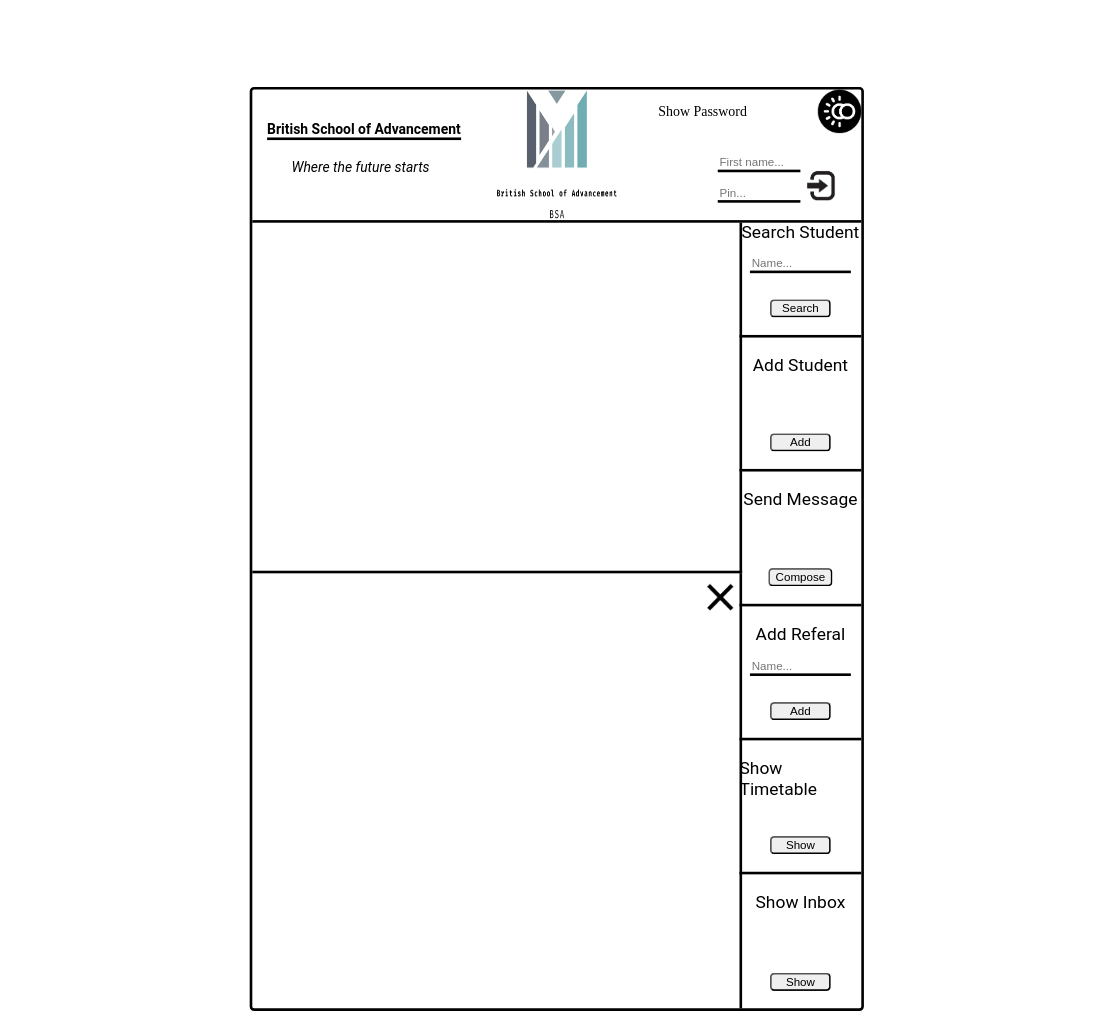
Repository: ghend99/Guardian-Application
Page: index.html
An editor plug-in stored every save of this project. The page is shown before and after the next save, followed by the edit.
The browser window is 1280 px wide. The pictures show the whole page, at 87% of full size.

Above is the page before, as saved 2023-06-06 09:08:52.

### index.html
<!DOCTYPE html>
<html lang="en">
  <head>
    <meta charset="UTF-8" />
    <meta http-equiv="X-UA-Compatible" content="IE=edge" />
    <meta name="viewport" content="width=device-width, initial-scale=1.0" />
    <title>Document</title>
    <link rel="stylesheet" href="style.css" />
  </head>
  <body>
    <div id="main-container">
      <div id="header-container">
        <div id="header-container-left-section">
          <p id="header-school-name" class="page-headers">
            British School of Advancement
          </p>
          <p id="header-school-slogan" class="page-headers">
            Where the future starts
          </p>
        </div>
        <div id="header-container-middle-section">
          <img class="header-middle-section-logo" src="./images/logo.png" />
        </div>
        <div id="header-container-right-section">
          <input
            id="header-login-input-fullname"
            class="login-input-fullname login-input input"
            type="text"
            placeholder="First name..."
          />
          <input
            id="header-login-input-pin"
            class="login-input-pin login-input input"
            placeholder="Pin..."
            type="password"
          />
          <p id="show=password-header">Show Password</p>
          <img
            id="header-login-button"
            class="login-button"
            src="./images/login-button.png"
          />
          <img class="header-dark-mode-toggle" src="./images/dark-mode.png" />
          <img class="login-modal-open" src="./images/login.png" />
        </div>
      </div>
      <div id="sidebar-container">
        <div id="sidebar-link-container1" class="sidebar-link-container">
          <p class="sidebar-link-header page-headers">Search Student</p>
          <input class="sidebar-input input" placeholder="Name..." />
          <button class="sidebar-search-button submit-button">Search</button>
        </div>
        <div id="sidebar-link-container2" class="sidebar-link-container">
          <p class="sidebar-link-header page-headers">Add Student</p>
          <button id="add-student" class="sidebar-search-button submit-button">
            Add
          </button>
        </div>
        <div id="sidebar-link-container3" class="sidebar-link-container">
          <p class="sidebar-link-header page-headers">Send Message</p>
          <button
            id="compose-message-open"
            class="sidebar-search-button submit-button"
          >
            Compose
          </button>
        </div>
        <div id="sidebar-link-container4" class="sidebar-link-container">
          <p class="sidebar-link-header page-headers">Add Referal</p>
          <input
            id="add-referal-fullname"
            class="sidebar-input input"
            placeholder="Name..."
          />
          <button id="add-referal" class="sidebar-search-button submit-button">
            Add
          </button>
        </div>
        <div id="sidebar-link-container5" class="sidebar-link-container">
          <p class="sidebar-link-header page-headers">Show Timetable</p>
          <button
            id="timetable-open"
            class="sidebar-search-button submit-button"
          >
            Show
          </button>
        </div>
        <div id="sidebar-link-container6" class="sidebar-link-container">
          <p class="sidebar-link-header page-headers">Show Inbox</p>
          <button id="inbox-open" class="sidebar-search-button submit-button">
            Show
          </button>
        </div>
      </div>
      <img class="sidebar-open" src="./images/menu.png" />

      <div id="student-information-container">
        <h1
          id="student-information-name-header"
          class="student-information page-headers"
        >
          Student Name:
        </h1>
        <h3 class="student-information student-information-general-header">
          General Information
        </h3>
        <p id="student-information-first-name" class="student-information">
          First Name:
        </p>
        <p id="student-information-last-name" class="student-information">
          Last Name:
        </p>
        <p id="student-information-year" class="student-information">
          Year Group:
        </p>
        <p id="student-information-referals" class="student-information">
          Referals:
        </p>
        <p id="password-reset" class="student-information">Reset Password</p>
      </div>

      <div id="student-management-container">
        <p class="student-management-heading"></p>
        <img id="student-management-close" src="./images/close.png" />
        <div id="timetable-container"></div>
        <div id="inbox-container">
          <div id="inbox-header">
            <p>Date</p>
            <p>Sender</p>
            <p>Reciever</p>
            <p>Subject</p>
            <p>Message</p>
          </div>
          <div id="inbox-line">
            <p></p>
            <p></p>
            <p></p>
            <p></p>
            <p></p>
          </div>
        </div>
      </div>
    </div>

    <div id="login-modal-container">
      <h1 class="login-modal-header modal-header page-headers">Login</h1>
      <img
        id="login-modal-close"
        class="modal-close"
        src="./images/close.png"
      />
      <input
        id="login-modal-fullname"
        class="login-input-fullname login-modal-input input"
        type="text"
        placeholder="Full name..."
      />
      <input
        id="login-modal-pin"
        class="login-input-pin login-modal-input input"
        type="number"
        placeholder="Pin..."
      />
      <input id="login-modal-submit" class="submit-button" type="submit" />
    </div>

    <div id="create-account-container">
      <p id="create-account-header" class="modal-header page-headers">
        Add Student Details
      </p>
      <img
        id="create-account-close"
        class="modal-close"
        src="./images/close.png"
      />
      <input
        id="create-account-first-name"
        class="create-account-input input"
        placeholder="First name..."
      />
      <input
        id="create-account-last-name"
        class="create-account-input input"
        placeholder="Last name..."
      />
      <input
        id="create-account-year"
        class="create-account-input input"
        placeholder="Year..."
      />
      <input
        id="create-account-pin"
        class="create-account-input input"
        placeholder="Year..."
      />

      <input
        id="create-account-repin"
        class="create-account-input input"
        placeholder="Year..."
      />
      <input id="create-account-submit" class="submit-button" type="submit" />
    </div>

    <div id="compose-message-container" class="">
      <p id="compose-message-header" class="modal-header">Compose Message</p>
      <img
        id="compose-message-close"
        class="modal-close"
        src="./images/close.png"
      />
      <input
        id="compose-message-reciever"
        class="compose-message-input input"
        type="text"
        placeholder="Reciever..."
      />
      <input
        id="compose-message-title"
        class="compose-message-input input"
        type="text"
        placeholder="Subject..."
      />
      <textarea
        id="compose-message-text-area"
        placeholder="Message..."
      ></textarea>
      <input id="compose-message-submit" class="submit-button" type="submit" />
    </div>

    <div id="password-reset-container">
      <p id="password-reset-header" class="modal-header page-headers">
        Pin Reset
      </p>
      <img
        id="password-reset-close"
        class="modal-close"
        src="./images/close.png"
      />
      <input
        id="password-reset-old"
        class="password-reset-input input"
        type="number"
        placeholder="Old Pin..."
      />
      <input
        id="password-reset-new"
        class="password-reset-input input"
        type="number"
        placeholder="New Pin..."
      />
      <input
        id="password-reset-new-retype"
        class="password-reset-input input"
        type="number"
        placeholder="New Pin..."
      />
      <input id="password-reset-submit" class="submit-button" type="submit" />
    </div>
    <script src="functions.js"></script>
    <script src="elements.js"></script>
    <script src="buttons.js"></script>
  </body>
</html>

### style.css
.input {
  background-color: transparent;
  text-decoration: none;
  border: none;
  border-bottom: solid;
  outline: none;
}

.page-headers {
  font-family: "Roboto", Arial;
}

.modal-header {
  font-size: 30px;
  font-weight: bold;
  margin-top: 10px;
}

.dark-mode {
  background-color: black;
  color: white;
  border: solid;
  border-radius: 5px;
}

.input-dark-mode {
  color: white;
  border-color: white;
}

.button-dark-mode {
  color: white;
  background-color: black;
}

#main-container {
  position: relative;
  left: 50%;
  transform: translate(-50%);
  max-width: 50%;
  min-width: 700px;
  max-height: 1200px;
  min-height: 1000px;
  margin-top: 100px;
  border: solid;
  border-radius: 5px;
}

#header-container {
  display: grid;
  grid-template-columns: 1fr 1fr 1fr;
  grid-template-rows: 1fr;
  max-height: 200px;
  min-height: 150px;
  width: 100%;
  border-bottom: solid;
}

#header-school-name {
  position: absolute;
  top: 20px;
  left: 17px;
  font-size: clamp(1rem, 1vw, 2rem);
  font-weight: bold;
  border-bottom: solid;
}

#header-school-slogan {
  position: absolute;
  top: clamp(5%, 70px, 80px);
  left: clamp(45px, 5%, 70px);
  font-size: clamp(0.9rem, 1.5vw, 1rem);
  margin-top: 10px;
  font-style: italic;
}

#header-container-middle-section {
  display: flex;
  justify-content: center;
}

.header-middle-section-logo {
  width: 60%;
}

#header-login-input-fullname {
  position: absolute;
  top: 75px;
  width: 13%;
  right: 10%;
}

#header-login-input-pin {
  position: absolute;
  top: 110px;
  width: 13%;
  right: 10%;
}

#header-login-button {
  position: absolute;
  width: 50px;
  right: 3%;
  top: 85px;
}

.header-dark-mode-toggle {
  position: absolute;
  width: 50px;
  top: 0;
  right: 0;
  cursor: pointer;
}

.login-modal-open {
  display: none;
}

#sidebar-container {
  position: absolute;
  display: grid;
  grid-template-columns: 1fr;
  grid-template-rows: 1fr 1fr 1fr 1fr 1fr 1fr;
  right: 0;
  bottom: 0;
  max-width: 30%;
  min-width: 20%;
  max-height: 1000px;
  min-height: 925px;
}

#sidebar-link-container1 {
  justify-content: center;
}

#sidebar-link-container6 {
  border-bottom: none;
}

.sidebar-link-container {
  position: relative;
  display: flex;
  justify-content: center;
  border-bottom: solid;
}

.sidebar-link-header {
  position: absolute;
  font-size: 20px;
}

.sidebar-input {
  position: absolute;
  margin-top: 60px;
  width: 80%;
}

.sidebar-search-button {
  position: absolute;
  max-width: 75%;
  min-width: 70px;
  bottom: 20px;
  border-radius: 5px;
}

.sidebar-open {
  position: absolute;
  width: 50px;
  right: 0;
  top: 155px;
  display: none;
}

#student-information-container {
  max-height: 800px;
  min-height: 400px;
  max-width: 80%;
  min-width: 50%;
  border-bottom: solid;
  border-right: solid;
}

#student-information-name-header {
  font-size: 30px;
  font-weight: bold;
  border-bottom: solid;
  width: fit-content;
  margin-left: 30px;
  margin-top: 0;
}

.student-information {
  margin-left: 40px;
  display: none;
}

.student-information-general-header {
  font-size: 24px;
  font-weight: bold;
  padding-left: 40px;
}

#password-reset {
  border-bottom: solid;
  font-weight: bold;
  width: fit-content;
  cursor: pointer;
}

#student-management-container {
  max-width: 80%;
  min-width: 50%;
  max-height: 600px;
  min-height: 500px;
  border-right: solid;
}

.student-management-heading {
  display: inline-block;
  font-size: 30px;
  margin: 0;
  margin-left: 20px;
  width: fit-content;
}

#student-management-close {
  position: absolute;
  bottom: 43.3%;
  right: 21%;
  width: 30px;
  cursor: pointer;
}

#timetable-container {
  position: relative;
  display: grid;
  grid-gap: 1em;
  grid-template-rows: repeat(var(--grid-rows), 1fr);
  grid-template-columns: repeat(var(--grid-cols), 1fr);
  /* top: 50px; */
  overflow: scroll;
  max-height: 90%;
  min-height: 466px;
  max-width: 99.6%;
  min-width: 250px;
  display: none;
}

#inbox-container {
  max-height: 90%;
  min-height: 466px;
  max-width: 99.6%;
  min-width: 250px;
  display: none;
}

#inbox-header {
  position: relative;
  display: grid;
  grid-template-columns: 1fr 1fr 1fr 1fr 1fr;
  grid-template-rows: 1fr;
  width: 100%;
  height: 50px;
  /* background-color: aqua; */
  overflow-y: auto;
  font-family: "Roboto", Arial;
}

#inbox-line {
  position: relative;
  display: grid;
  grid-template-columns: 1fr 1fr 1fr 1fr 1fr;
  grid-template-rows: 1fr;
  row-gap: 20px;
  width: 100%;
  height: 50px;
  /* background-color: darkorange; */
  overflow-y: auto;
  font-family: "EB Garamond", Arial;
}

#login-modal-container,
#create-account-container,
#compose-message-container,
#password-reset-container {
  position: absolute;
  left: 50%;
  top: 30%;
  transform: translate(-50%);
  text-align: center;
  border: solid;
  border-radius: 5px;
  display: none;
}

#login-modal-container {
  max-width: 40%;
  min-width: 300px;
  max-height: 400px;
  min-height: 300px;
  text-align: center;
  border: solid;
  border-radius: 5px;
  display: none;
  background-color: whitesmoke;
  cursor: pointer;
}

#login-modal-fullname {
  position: absolute;
  top: 120px;
  left: 50px;
}

#login-modal-pin {
  position: absolute;
  top: 170px;
  left: 50px;
}

#login-modal-submit {
  left: 15%;
}

#login-modal-submit,
#create-account-submit,
#compose-message-submit,
#password-reset-submit {
  position: absolute;
  bottom: 20px;
  max-height: 60px;
  min-height: 30px;
  max-width: 20%;
  min-width: 200px;
}

#create-account-container {
  max-width: 60%;
  min-width: 400px;
  max-height: 600px;
  min-height: 500px;
}

.create-account-input,
.compose-message-input,
.password-reset-input {
  position: absolute;
  left: 30px;
}

#create-account-first-name {
  top: 80px;
}

#create-account-last-name {
  top: 150px;
}

#create-account-year {
  top: 220px;
}

#create-account-pin {
  top: 290px;
}

#create-account-submit {
  left: 25%;
}

#create-account-repin {
  position: absolute;
  top: 360px;
  left: 30px;
}

#compose-message-container {
  max-width: 60%;
  min-width: 400px;
  max-height: 600px;
  min-height: 500px;
}

.modal-close {
  position: absolute;
  width: 30px;
  right: 0;
  top: 0;
  cursor: pointer;
}

#compose-message-reciever {
  top: 80px;
}

#compose-message-title {
  top: 150px;
}

#compose-message-text-area {
  position: absolute;
  top: 38%;
  left: 30px;
  max-height: 80%;
  min-height: 230px;
  max-width: 100%;
  min-width: 280px;
}

#compose-message-submit {
  left: 25%;
}

#password-reset-container {
  max-width: 40%;
  min-width: 300px;
  max-height: 400px;
  min-height: 300px;
}

#password-reset-new {
  top: 120px;
}

#password-reset-new-retype {
  top: 165px;
}

#password-reset-submit {
  left: 17%;
}

@media screen and (min-width: 0) and (max-width: 720px) {
  #main-container {
    max-width: 600px;
    min-width: 300px;
  }

  #header-container {
    grid-template-columns: 1fr 1fr;
  }

  .header-middle-section-logo {
    display: none;
  }

  #header-login-input-fullname {
    display: none;
  }

  #header-login-input-pin {
    display: none;
  }

  #header-login-button {
    display: none;
  }

  .login-modal-open {
    position: absolute;
    display: block;
    right: 0;
    top: 100px;
    width: 50px;
  }

  #sidebar-container {
    display: none;
  }

  .sidebar-link-header {
    font-size: 12px;
  }

  .sidebar-open {
    display: block;
  }

  .student-information-name-header {
    margin-left: 15px;
  }

  .student-information-general-header {
    margin-left: 25px;
    padding: 0;
  }

  .student-information {
    margin-left: 28px;
  }
}

### buttons.js
btnDarkModeToggle.addEventListener("click", function (e) {
  e.preventDefault();
  if (darkMode === false) {
    darkModeToggle();
  } else {
    lightModeToggle();
  }
});

btnAddStudentOpen.addEventListener("click", function (e) {
  e.preventDefault();
  addStudentContainer.style.display = "block";
  mainContainer.style.filter = "blur(3px)";
});

btnAddStudentClose.addEventListener("click", function (e) {
  e.preventDefault();
  addStudentContainer.style.display = "none";
  mainContainer.style.filter = "blur(0px)";
});

btnLoginHeader.addEventListener("click", function (e) {
  e.preventDefault();
  login();
  studentInformation.forEach((e) => {
    e.style.display = "block";
  });
});

btnLoginModalOpen.addEventListener("click", function (e) {
  e.preventDefault();
  loginContainer.style.display = "block";
  mainContainer.style.filter = "blur(3px)";
});

btnLoginModalClose.addEventListener("click", function (e) {
  e.preventDefault();
  loginContainer.style.display = "none";
  mainContainer.style.filter = "blur(0px)";
});

btnLoginModalSubmit.addEventListener("click", function (e) {
  e.preventDefault();
  loginModal();
  studentInformation.forEach((e) => {
    e.style.display = "block";
  });
});

Loaded but not shown: functions.js (208 lines, source omitted); elements.js (80 lines, source omitted)

After the next save:
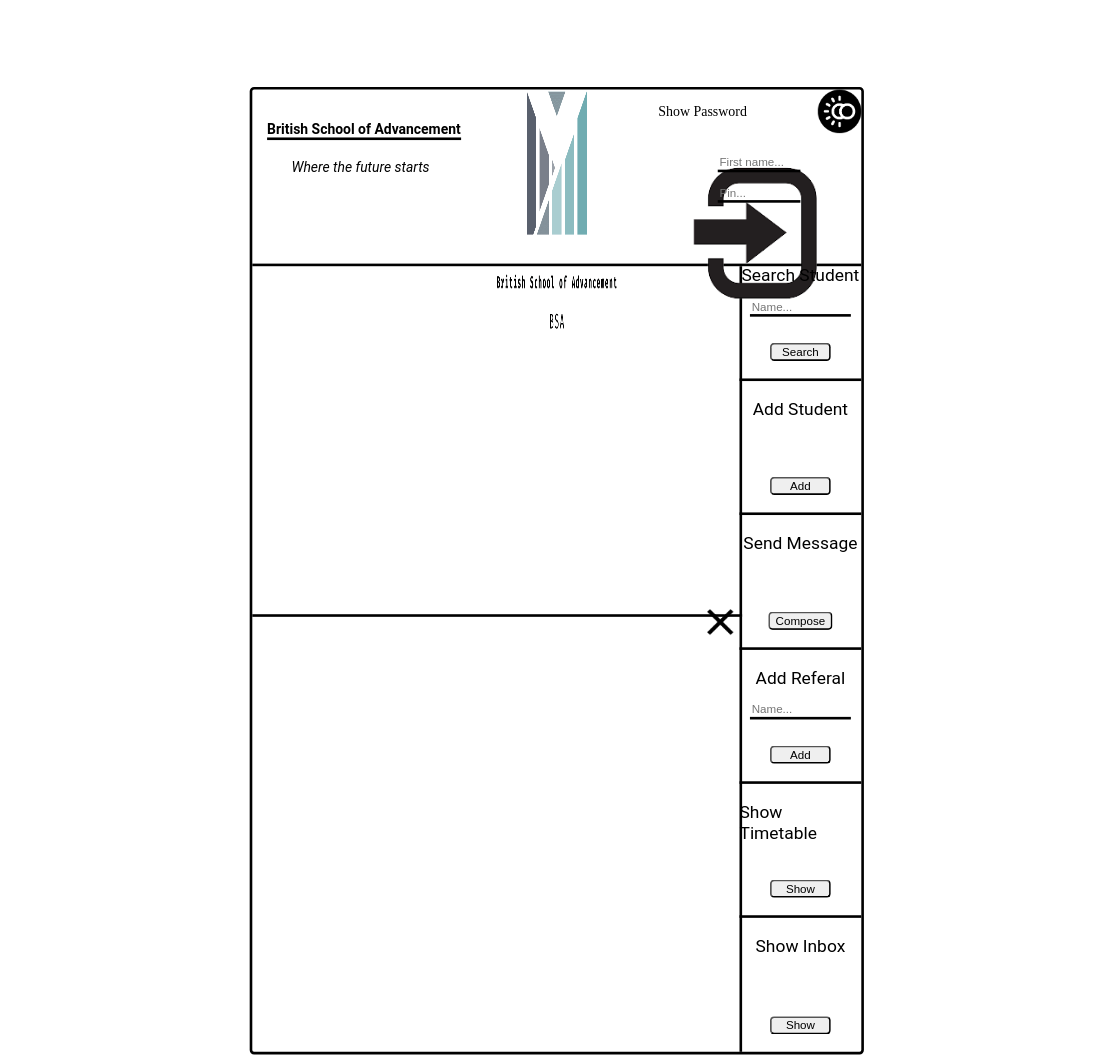
Saved 44 s later.
--- a/style.css
+++ b/style.css
@@ -97,7 +97,7 @@
   right: 10%;
 }
 
-#header-login-button {
+#show-password-header #header-login-button {
   position: absolute;
   width: 50px;
   right: 3%;

After the 2 saves that followed:
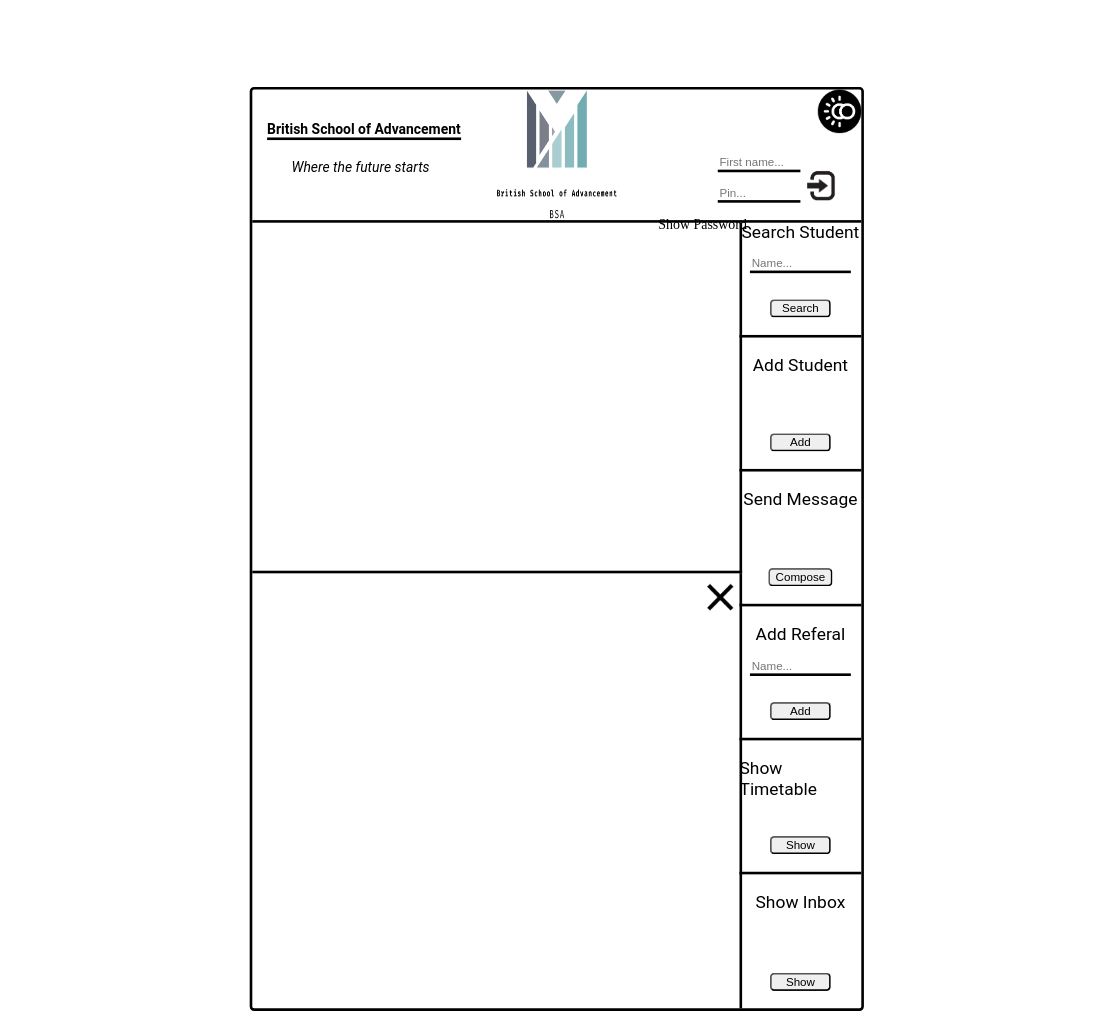
The 2 saves are shown as one change because 1 left the picture as it was.
The last was saved 36 s later.
--- a/index.html
+++ b/index.html
@@ -34,7 +34,7 @@
             placeholder="Pin..."
             type="password"
           />
-          <p id="show=password-header">Show Password</p>
+          <p id="show-password-header">Show Password</p>
           <img
             id="header-login-button"
             class="login-button"
--- a/style.css
+++ b/style.css
@@ -97,7 +97,12 @@
   right: 10%;
 }
 
-#show-password-header #header-login-button {
+#show-password-header {
+  position: absolute;
+  top: 130px;
+}
+
+#header-login-button {
   position: absolute;
   width: 50px;
   right: 3%;
